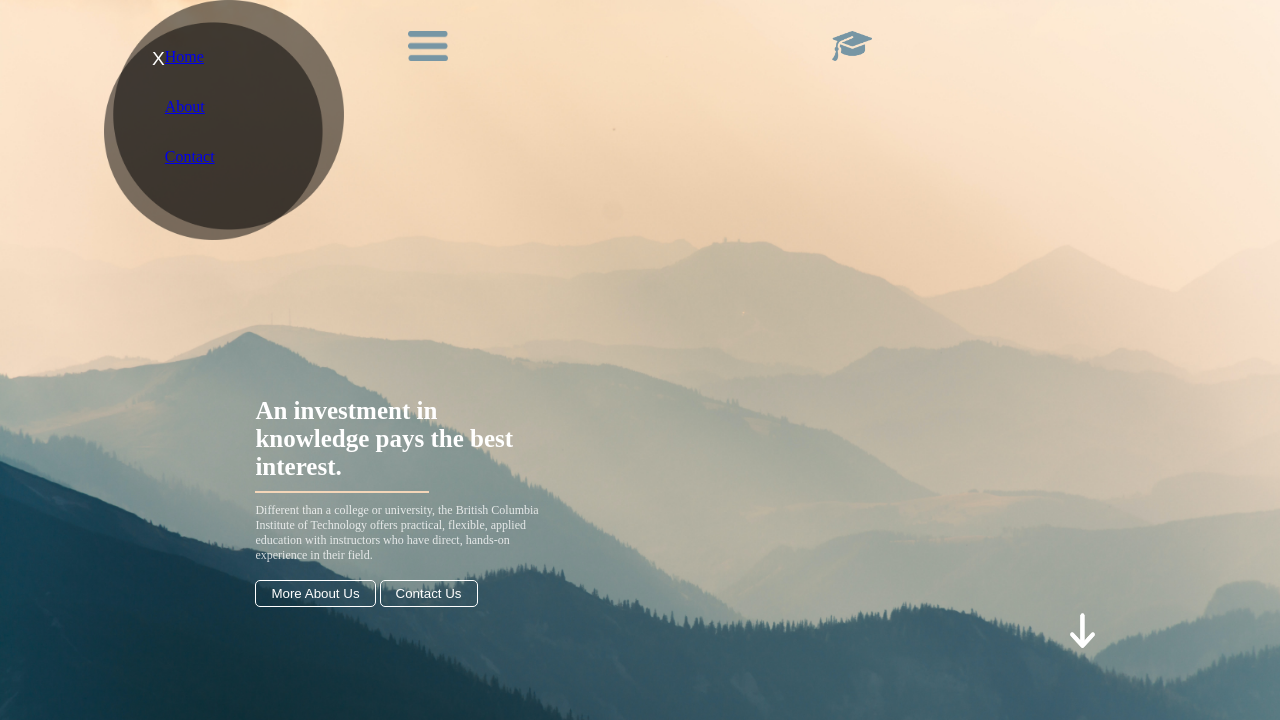
Repository: Sheraliramzan/Aly_A01253508_Assignment1
Page: /
An editor plug-in stored every save of this project. The page is shown before and after the next save, followed by the edit.
The browser window is 1280 px wide. The pictures show the whole page.
The project was rebuilt for these pictures with package versions that can differ from the ones it lists, and the page was loaded fresh each time. The framework's server and built-in components were replaced by stand-ins that run in the browser. Also part of the build but not shown: next.config.js.

Above is the page before, as saved 2023-02-04 17:46:40.

### pages/index.js
import Head from 'next/head'
import Image from 'next/image'
import styles from '../styles/Home.module.css'
import { useState } from 'react'
import { useRouter } from 'next/router'



export default function Home() {

  const [isMenuOpen, setIsMenuOpen] = useState(false);
  const handleClick = () => {
    setIsMenuOpen(!isMenuOpen);
  };
  const router = useRouter();
  return (
    <>
      <Head>
        <title>Home</title>
        <meta name="author" content="MDIA 2109" />
        <meta property="og:title" content= "Assignment #1 - Home Page"/>
        <meta property="og:description" content= "BCIT Digital Design and Development Diploma"/>
        <meta name="viewport" content="width=device-width, initial-scale=1" />
        <link rel="icon" href="/favicon.png" />
      </Head>
      <main className={styles.main}>
        <div className='fullcont'>
          <div className="navcont">
              <Image
                src={"/icons/menu-icon.png"}
                width={40}
                height={30}
                onClick={handleClick}
              />
              <Image src={"/icons/graduation-hat.png"} width={40} height={30} />
          </div>
          <div className="menucont">
          <div className="listcont">
            <div className="btncont">
              <button className="close" onChange={handleClick}>
                X
              </button>
            </div>
              <ul>
                <li>
                  <a href='#'>Home</a>
                </li>
                <li>
                  <a href='#'>About</a>
                </li>
                <li>
                  <a href='#'>Contact</a>
                </li>
              </ul>
            </div>
          <Image
            src={"/background-images/menuBackground.png"}
            width={240}
            height={240}
          />
        </div>

          <div className="headcont">
            <h1 className="headhome">An investment in <br/>knowledge pays the best <br/> interest.</h1>
            <div className="horidiv"></div>
            <p className="para1">Different than a college or university, the British Columbia <br/> Institute of Technology offers practical, flexible, applied education with instructors who have direct, hands-on experience in their field.</p>
          </div>
          <a className='butcont'>
            <button className='but1'>More About Us</button>
            <button className='but1'>Contact Us</button>
          </a>
          <a>
            <span>
              <Image className='downarrow' src ={"/downwardArrow.png"} width={25} height={35}></Image>
            </span>
          </a>
        </div>
      </main>
    </>
  )
}

### styles/globals.css


* {
  box-sizing: border-box;
  padding: 0;
  margin: 0;
}

html,
body {
  max-width: 100vw;
  overflow-x: hidden;

  background-image:url('../public/background-images/backgroundMountain.jpg') ;
  background-size: cover;
  background-repeat: no-repeat;
  height: 100vh;
}
.navcont {
  display: flex;
  align-items: center;
  justify-content: space-between;
  padding: 1rem 2rem;
}
.menucont{
  position: absolute;
  top: 0rem;
  left: 6.5rem;
}

ul {
  display: flex;
  flex-direction: column;
  gap: 2rem;
}

ul > li {
  list-style-type: none;
  color: white;
}
.listcont{
  position: absolute;
  display: flex;
  align-items: flex-start;
  left: 3rem;
  top: 3rem;
}

.btncont {
  display: flex;
}

.close {
  background-color: transparent;
  border: none;
  font-size: larger;
  color: white;
}

.fullcont{
  margin: 15px;
}
.but1{
  margin: 2px;
  padding: 5px 15px;
  background: none;
  border: 1px solid var(--primary-color);
  border-radius: 5px;
  color:var(--primary-color) ;
}
.butcont{
 margin-left: -123px;
}

.but1:hover{
  background-color: var( --primary-color);
  color: var(--quinary-color);
}
.downarrow{
  position: relative;
  left: 590px;
  top:50px;
}
.headcont{
  display: flex;
  flex-direction: column;
  width: 55%;
  margin-top: 320px;
  margin-left: -121px;
}
.headhome{
  color: var(--primary-color);
  font-size: 25px;
  margin-bottom: 10px;
}
.horidiv{
  width: 60%;
  border: 1px solid var(--secondary-color);
  margin-bottom: 10px;
}
.para1{
  color: var(--primary-color);
  font-size:12px;
  width: 100%;
  opacity: 0.8;
}


#carouselImage{
  height: 200px;
  background-repeat: no-repeat;
  background-size: cover;
  display: flex;
  justify-content: center;
  align-items: center;
  margin: 40px 0px;
}
#testOnImageHere{
  background-color: rgba(16, 46, 53, 0.5);
  padding: 10px;
  margin: 0px 50px;
}

### styles/variables.css
:root{
    --primary-color:#fff;
    --secondary-color:#f4d6b9;
    --ternary-color: #7796a4;
    --quaternary-color:#14343d;
    --quinary-color:rgba(16,46,53,0.5);
}

### styles/Home.module.css
.main {
  display: flex;
  flex-direction: column;
  justify-content: space-between;
  align-items: center;
}

Loaded but not shown: pages/_app.js (common file); pages/_document.js (common file); pages/api/hello.js (common file)

After the next save:
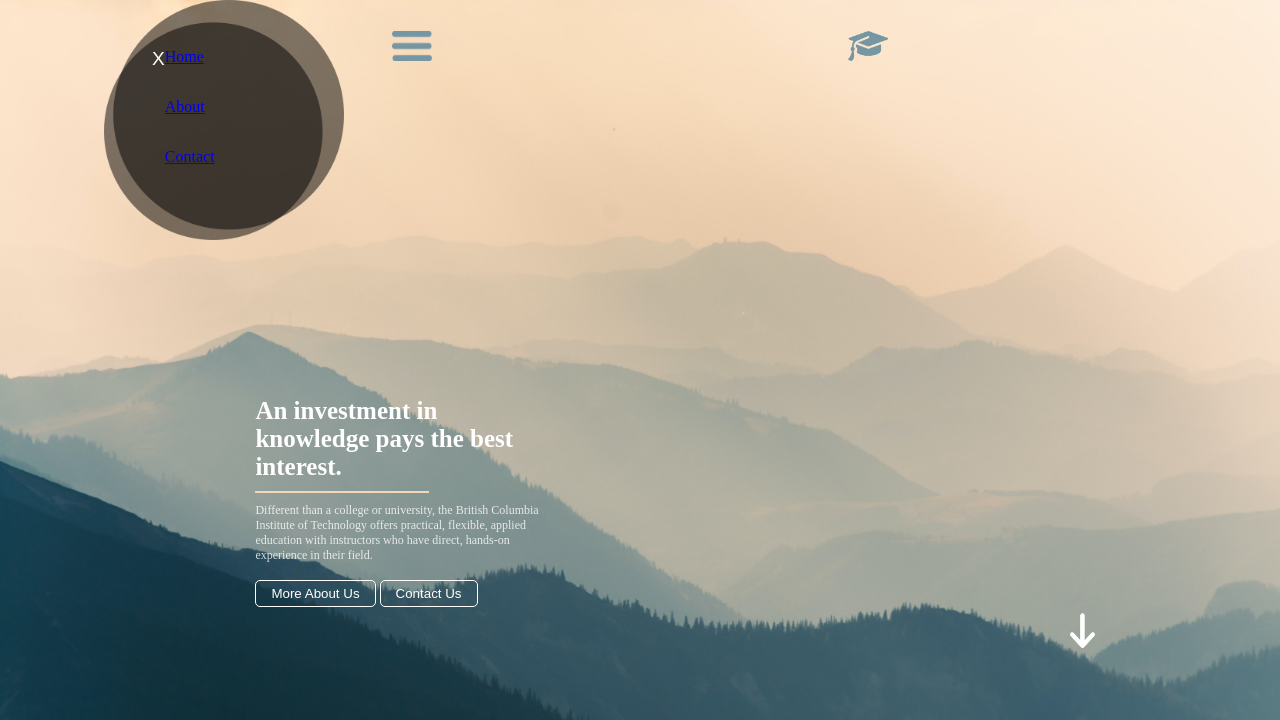
Saved 4 s later.
--- a/styles/globals.css
+++ b/styles/globals.css
@@ -20,7 +20,7 @@ body {
   display: flex;
   align-items: center;
   justify-content: space-between;
-  padding: 1rem 2rem;
+  padding: 1rem 1rem;
 }
 .menucont{
   position: absolute;
